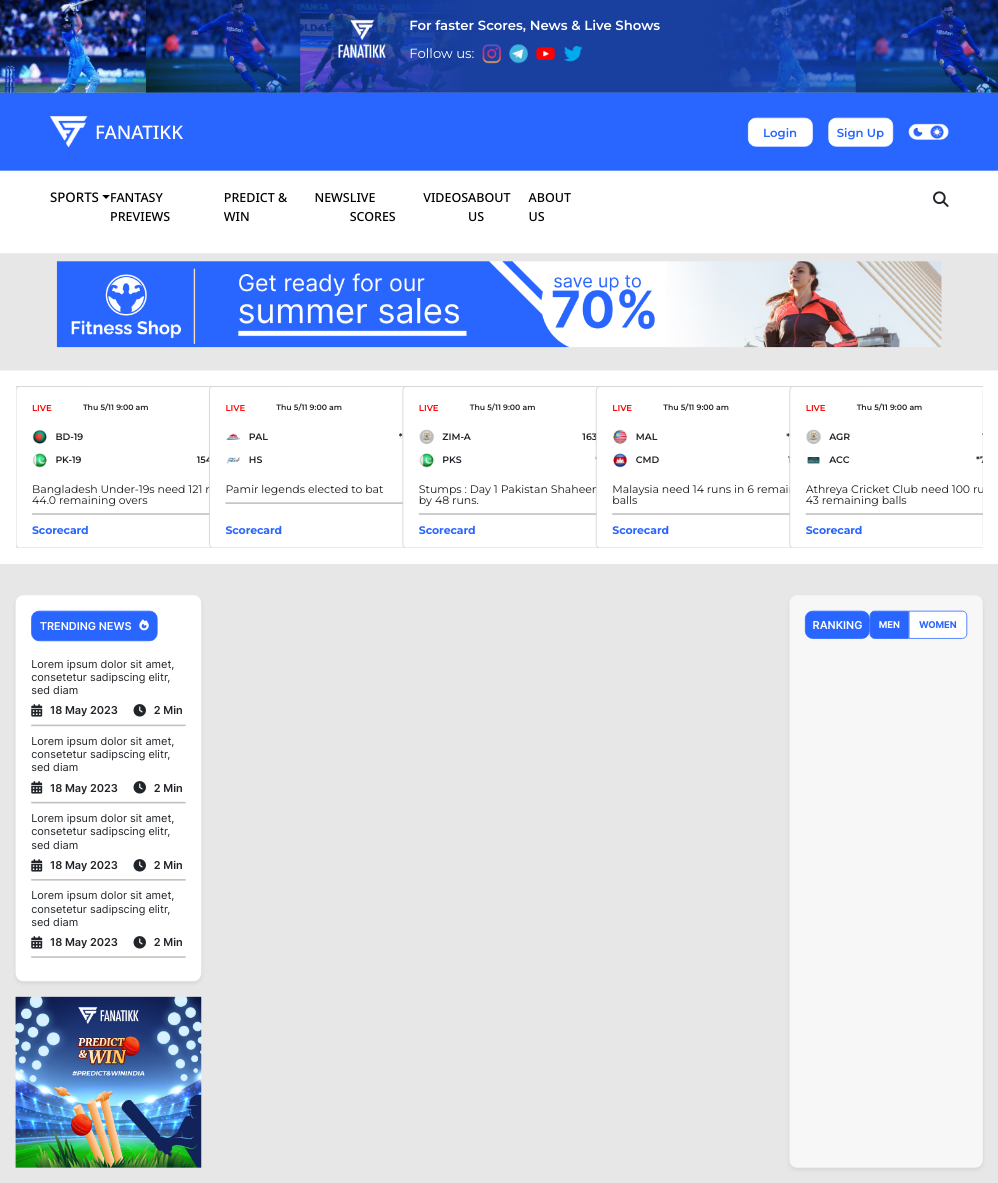
Repository: FlyweisReact/Kannapa
Page: /
The author's editor kept a copy of each file at every save. The page is drawn from the files as they stood at one save, then again after a run of saves.
The browser window is 1280 px wide. The pictures show the whole page, at 78% of full size.
Some web libraries are served in a nearby version. The project was rebuilt for these pictures with package versions that can differ from the ones it lists, and the page was loaded fresh each time. Also part of the build but not shown: src/Components/Layout/Footer.js, src/Components/Sliders/Index-video-Slider.js, src/Components/firstScreen.jsx, src/Components/secondScreen.jsx, src/Components/thirdScreen.jsx, src/Components/fourthScreen.jsx, src/CSS/Footer.css.

Above is the page before, as saved 2023-06-03 16:06:11.

After the next 9 saves:
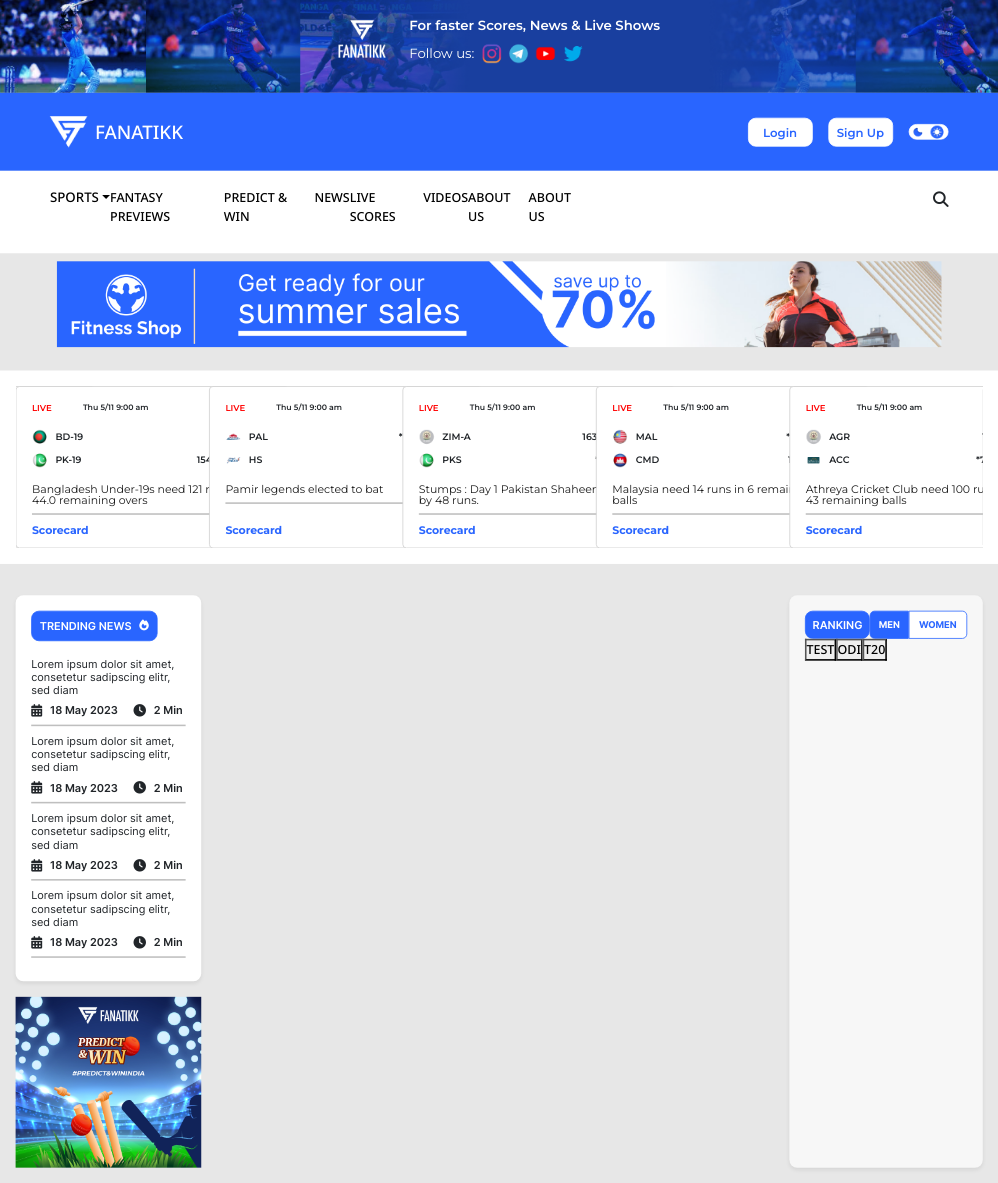
The 9 saves are shown as one change because they came seconds apart.
The last was saved 22 s later.
--- a/src/Pages/HomeScreen.js
+++ b/src/Pages/HomeScreen.js
@@ -146,8 +146,9 @@ const HomeScreen = () => {
 
           <div className="Big_Div">
             <div className="Three_Button">
-
-
+              <button>TEST</button>
+              <button>ODI</button>
+              <button>T20</button>
             </div>
           </div>
 
